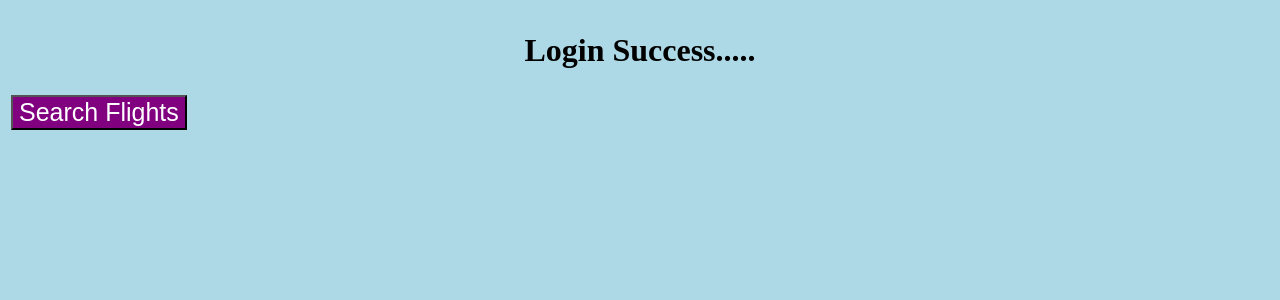
Repository: KanimozhiThandapani/Phase2AirlineBookingProject
Page: http://localhost/AirlineBooking/home.jsp
An editor plug-in stored every save of this project. The page is shown before and after the next save, followed by the edit.
The browser window is 1280 px wide. The pictures show the whole page.
The page is served by Tomcat 9. Other server files are loaded and not shown.

Above is the page before, as saved 2022-04-25 04:33:14.

### AirlineBooking/WebContent/home.jsp
<%@ page language="java" contentType="text/html; charset=ISO-8859-1"
    pageEncoding="ISO-8859-1"%>
<!DOCTYPE html PUBLIC "-//W3C//DTD HTML 4.01 Transitional//EN" "http://www.w3.org/TR/html4/loose.dtd">
<html>
<head>
<meta http-equiv="Content-Type" content="text/html; charset=ISO-8859-1">
<title>:: Home ::</title>
</head>

<body style="background-color:lightblue;">
<form action=homePage method="get">
<table width="100%">
 <tr>
  <td align="center"><h1>Login Success.....</h1></td>
  </tr>

 <tr>
  <td colspan="2">
  <input type="submit" value="Search Flights" style="font-size: 25px ; background: purple; color: #FFF;" >
  </td>
 </tr>
</table>
</form>
</body>
</html>

After the next save:
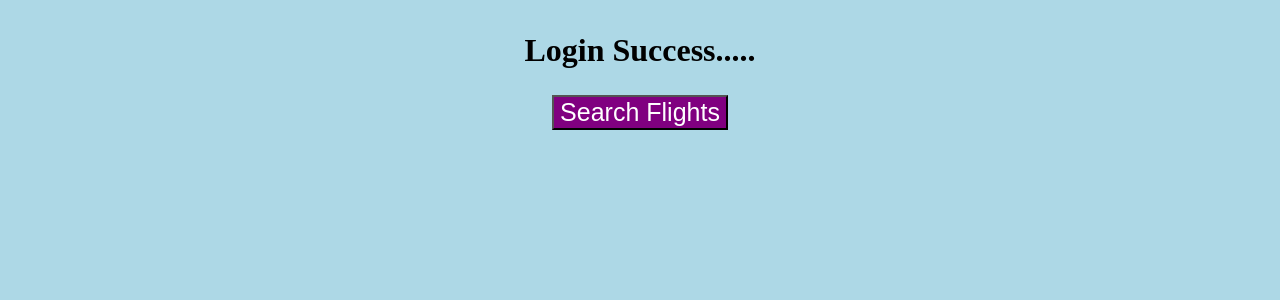
Saved 13 s later.
--- a/AirlineBooking/WebContent/home.jsp
+++ b/AirlineBooking/WebContent/home.jsp
@@ -15,7 +15,7 @@
   </tr>
 
  <tr>
-  <td colspan="2">
+  <td align="center" colspan="2">
   <input type="submit" value="Search Flights" style="font-size: 25px ; background: purple; color: #FFF;" >
   </td>
  </tr>
